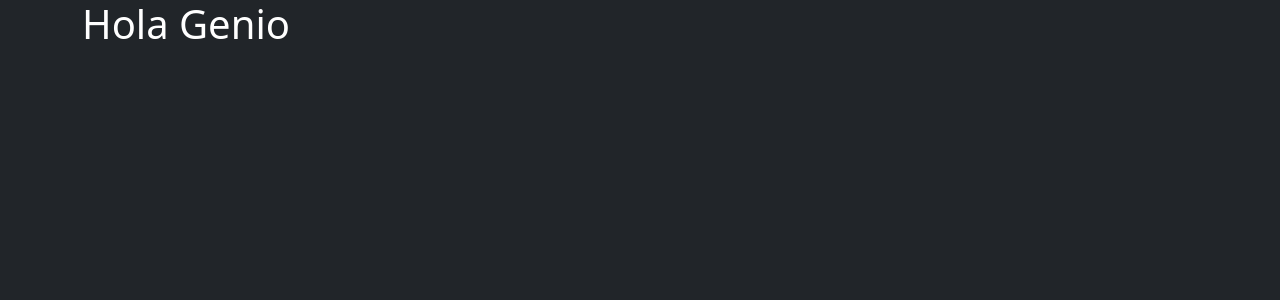
Repository: ChristianGecchelin/Typescript-Course1
Page: /
The author's editor kept a copy of each file at every save. The page is drawn from the files as they stood at one save, then again after the next save.
The browser window is 1280 px wide. The pictures show the whole page.
The project was rebuilt for these pictures with package versions that can differ from the ones it lists, and the page was loaded fresh each time.

Above is the page before, as saved 2022-08-16 13:01:32.

After the next save:
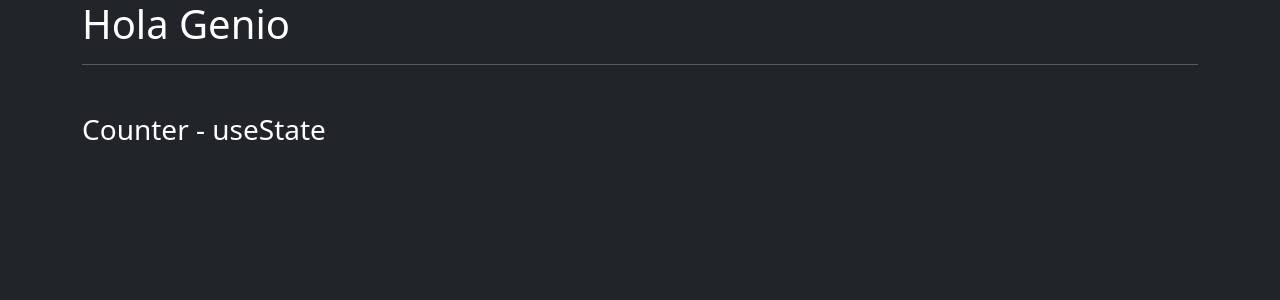
Saved 32 s later.
--- a/src/App.tsx
+++ b/src/App.tsx
@@ -1,8 +1,11 @@
+import { Counter } from "./components/Counter";
 
 function App() {
   return (
     <>
       <h1>Hola Genio</h1>
+      <hr />
+      <Counter/>
     </>
   );
 }
